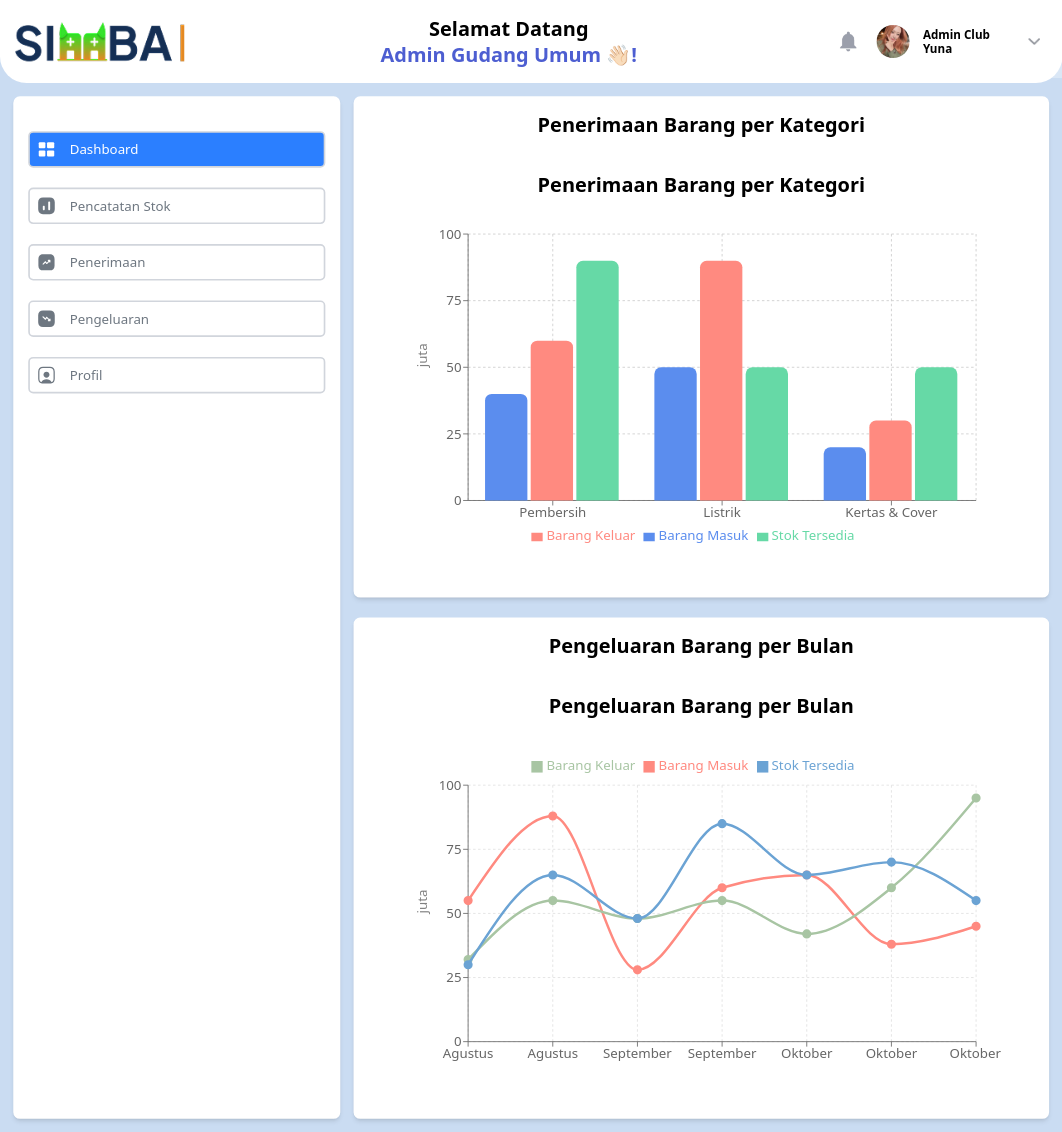
Repository: Gokerwow/inventory-fe
Page: /
These files come from the project's save history. The page is drawn as it stood at one moment and after the next save; the edit follows.
The browser window is 1280 px wide. The pictures show the whole page, at 83% of full size.
The project was rebuilt for these pictures with package versions that can differ from the ones it lists, and the page was loaded fresh each time. Also part of the build but not shown: vite.config.ts, src/pages/stokBarang.tsx, src/pages/penerimaan.tsx, src/pages/pengeluaran.tsx, src/pages/profil.tsx.

Above is the page before, as saved 2025-10-15 16:05:29.

After the next save:
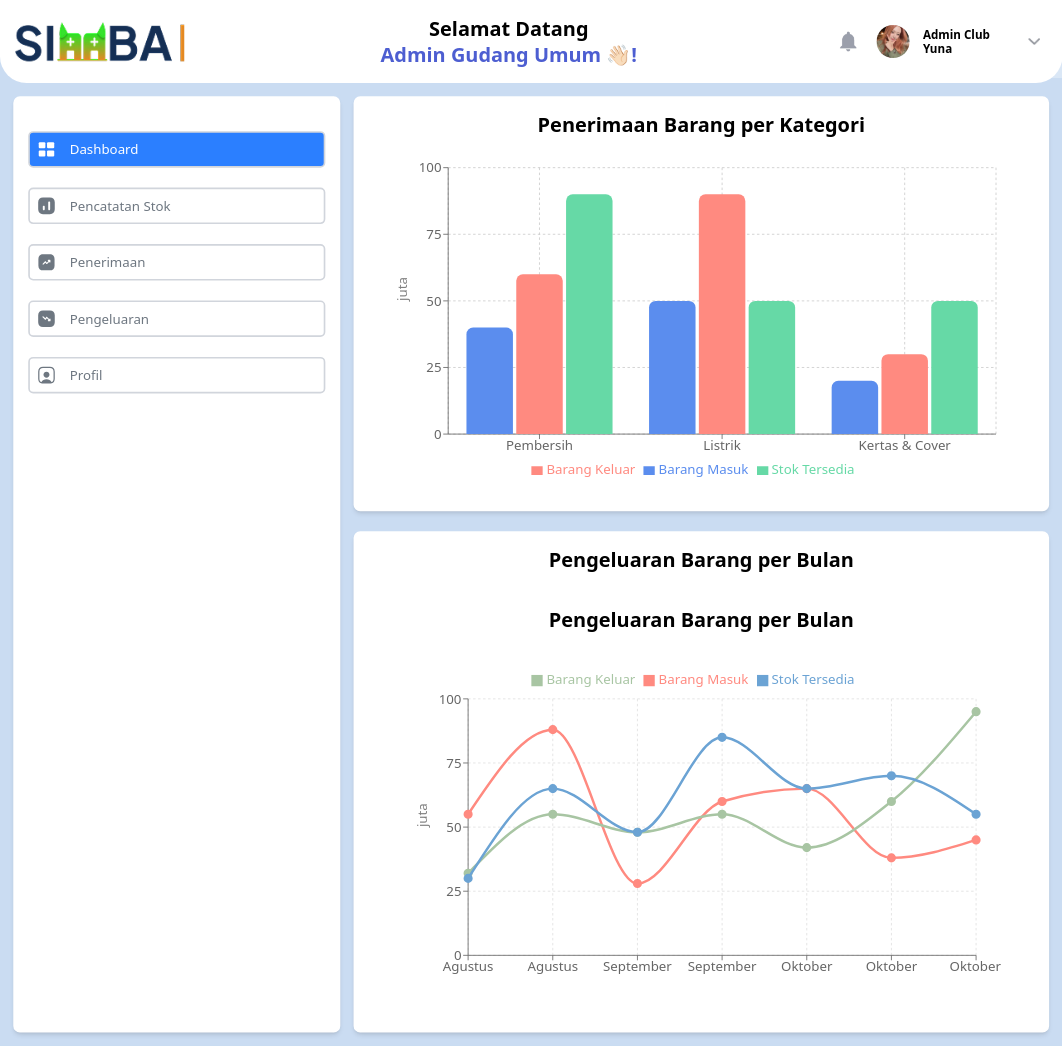
Saved 27 s later.
--- a/src/components/categoryBarChart.tsx
+++ b/src/components/categoryBarChart.tsx
@@ -25,10 +25,7 @@ export default function CategoryBarChart() {
     ];
 
     return (
-        <div className="bg-white rounded-lg p-6">
-            <h2 className="text-2xl font-semibold text-center mb-6">
-                Penerimaan Barang per Kategori
-            </h2>
+        <div className="bg-white rounded-lg">
 
             <ResponsiveContainer width="100%" height={400}>
                 <BarChart
